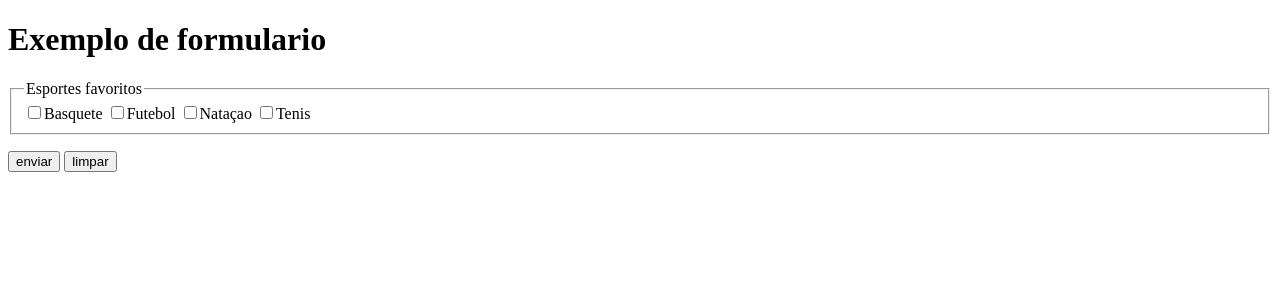
Repository: Lucianorodriguesdev/cursoHTML-CSS
Page: ex025/form005.html
The author's editor kept a copy of each file at every save. The page is drawn from the files as they stood at one save, then again after the next save.
The browser window is 1280 px wide. The pictures show the whole page.

Above is the page before, as saved 2026-07-10 11:54:05.

### ex025/form005.html
<!DOCTYPE html>
<html lang="pt-br">
<head>
    <meta charset="UTF-8">
    <meta name="viewport" content="width=device-width, initial-scale=1.0">
    <title>Formulario</title>
</head>
<body>
    <h1>Exemplo de formulario</h1>
    <form action="formulario.php" method="get" autocomplete="on">
        <fieldset>
            <legend>Esportes favoritos</legend>
            <input type="checkbox" name="ebas" id="iebas"><label for="iebas">Basquete</label>
            <input type="checkbox" name="esfut" id="iesfut "><label for="iesfut">Futebol</label>
            <input type="checkbox" name="esnat" id="iesnat"><label for="iesnat">Nataçao</label>
            <input type="checkbox" name="esten" id="iesten"><label for="iesten">Tenis</label>

        </fieldset>

        <p>
            <input type="submit" value="enviar">
            <input type="reset" value="limpar">
        </p>
    </form>
</body>
</html>

After the next save:
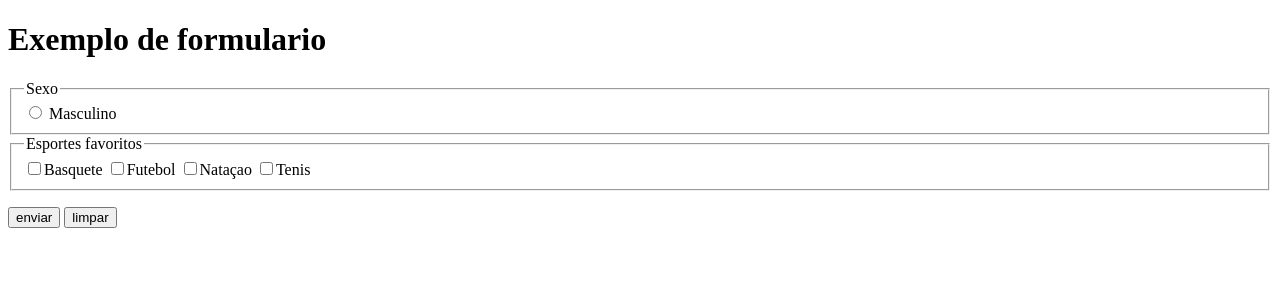
Saved 4 min 15 s later.
--- a/ex025/form005.html
+++ b/ex025/form005.html
@@ -8,6 +8,11 @@
 <body>
     <h1>Exemplo de formulario</h1>
     <form action="formulario.php" method="get" autocomplete="on">
+        <fieldset>
+            <legend>Sexo</legend>
+            <input type="radio" name="M" id="M">
+            <label for="M">Masculino</label>
+        </fieldset>
         <fieldset>
             <legend>Esportes favoritos</legend>
             <input type="checkbox" name="ebas" id="iebas"><label for="iebas">Basquete</label>
